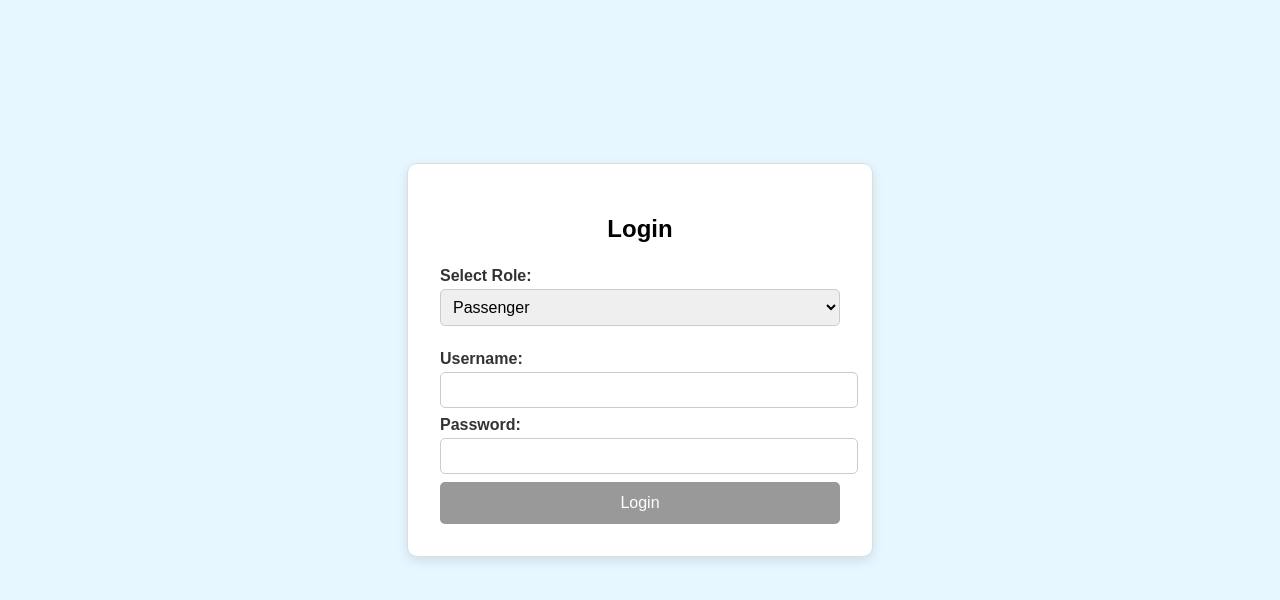
Repository: Shenes35/Booking-system
Page: / (app in frontend/)
These files come from the project's save history. The page is drawn as it stood at one moment and after the next save; the edit follows.
The browser window is 1280 px wide. The pictures show the whole page.
The project was rebuilt for these pictures with package versions that can differ from the ones it lists, and the page was loaded fresh each time. Also part of the build but not shown: frontend/src/components/ErrorBoundary.jsx.

Above is the page before, as saved 2025-05-19 20:05:26.

### frontend/src/index.js
import React from 'react';
import ReactDOM from 'react-dom/client';
import './index.css';
import App from './App.jsx';       // ONLY one import of App
import reportWebVitals from './reportWebVitals';

const root = ReactDOM.createRoot(document.getElementById('root'));
root.render(
  <React.StrictMode>
    <App />
  </React.StrictMode>
);

reportWebVitals();

### frontend/src/App.jsx
// App.jsx
import React, { Suspense } from 'react';
import { BrowserRouter as Router, Routes, Route, Navigate } from 'react-router-dom';

import { AuthProvider, AuthContext } from './context/AuthContext';
import { FlightsProvider } from './context/FlightsContext';

// Lazy load components for code splitting
const LoginPage = React.lazy(() => import('./components/LoginPage'));
const AdminDashboard = React.lazy(() => import('./components/AdminDashboard'));
const PassengerWindow = React.lazy(() => import('./components/PassengerWindow'));
const ErrorBoundary = React.lazy(() => import('./components/ErrorBoundary'));

// ProtectedRoute component for route guarding
const ProtectedRoute = ({ children, allowedRoles }) => {
  const { user } = React.useContext(AuthContext);

  if (!user || !allowedRoles.includes(user.role)) {
    // User not logged in or unauthorized role - redirect to login
    return <Navigate to="/" replace />;
  }

  // Authorized access
  return children;
};

const App = () => {
  return (
    <AuthProvider>
      <FlightsProvider>
        <Router>
          <Suspense fallback={<div>Loading...</div>}>
            <ErrorBoundary>
              <Routes>
                {/* Public Route */}
                <Route path="/" element={<LoginPage />} />

                {/* Protected Admin Route */}
                <Route
                  path="/admin"
                  element={
                    <ProtectedRoute allowedRoles={['admin']}>
                      <AdminDashboard />
                    </ProtectedRoute>
                  }
                />

                {/* Protected Passenger Route */}
                <Route
                  path="/passenger"
                  element={
                    <ProtectedRoute allowedRoles={['passenger']}>
                      <PassengerWindow />
                    </ProtectedRoute>
                  }
                />

                {/* Catch-all redirect */}
                <Route path="*" element={<Navigate to="/" replace />} />
              </Routes>
            </ErrorBoundary>
          </Suspense>
        </Router>
      </FlightsProvider>
    </AuthProvider>
  );
};

export default App;

### frontend/src/context/AuthContext.jsx
// context/AuthContext.jsx
import React, { createContext, useState, useEffect, useMemo } from 'react';

// Create the AuthContext
export const AuthContext = createContext();

export const AuthProvider = ({ children }) => {
  // Initialize user from localStorage or null
  const [user, setUser] = useState(() => {
    try {
      const savedUser = localStorage.getItem('user');
      return savedUser ? JSON.parse(savedUser) : null;
    } catch (error) {
      console.error("Failed to parse user from localStorage:", error);
      return null;
    }
  });

  // Update localStorage whenever user changes (except when user is null, remove item)
  useEffect(() => {
    if (user) {
      localStorage.setItem('user', JSON.stringify(user));
    } else {
      localStorage.removeItem('user');
    }
  }, [user]);

  // Login function sets user info (e.g., role and username)
  const login = (role, username) => {
    setUser({ role, username });
  };

  // Logout clears user info
  const logout = () => {
    setUser(null);
  };

  // Derived state for convenience
  const isAuthenticated = !!user;

  // Memoize the context value to avoid unnecessary re-renders
  const value = useMemo(() => ({
    user,
    isAuthenticated,
    login,
    logout,
  }), [user, isAuthenticated]);

  return (
    <AuthContext.Provider value={value}>
      {children}
    </AuthContext.Provider>
  );
};

### frontend/src/context/FlightsContext.jsx
import React, { createContext, useReducer, useEffect } from "react";

// Initial state loaded from localStorage or empty array if none
const initialState = JSON.parse(localStorage.getItem("flights")) || [];

// Reducer to manage flights state: add, clear, update, delete (example cases)
function flightsReducer(state, action) {
  switch (action.type) {
    case "ADD_FLIGHT":
      return [...state, action.payload];

    case "UPDATE_FLIGHT":
      return state.map(flight =>
        flight.id === action.payload.id ? action.payload : flight
      );

    case "DELETE_FLIGHT":
      return state.filter(flight => flight.id !== action.payload.id);

    case "CLEAR_FLIGHTS":
      return [];

    default:
      return state;
  }
}

// Create FlightsContext
export const FlightsContext = createContext();

// FlightsProvider component to wrap app parts needing flights state
export const FlightsProvider = ({ children }) => {
  const [flights, dispatch] = useReducer(flightsReducer, initialState);

  // Sync flights state to localStorage on every change
  useEffect(() => {
    localStorage.setItem("flights", JSON.stringify(flights));
  }, [flights]);

  return (
    <FlightsContext.Provider value={{ flights, dispatch }}>
      {children}
    </FlightsContext.Provider>
  );
};

### frontend/src/components/LoginPage.jsx
import React, { useState, useContext } from 'react';
import { AuthContext } from '../context/AuthContext';
import { useNavigate } from 'react-router-dom';

const LoginPage = () => {
  const { login } = useContext(AuthContext);
  const [role, setRole] = useState('passenger');
  const [username, setUsername] = useState('');
  const [password, setPassword] = useState('');
  const [errors, setErrors] = useState({});
  const navigate = useNavigate();

  const validate = () => {
    const newErrors = {};
    if (!username.trim()) newErrors.username = 'Username is required';
    if (!password.trim()) newErrors.password = 'Password is required';
    return newErrors;
  };

  const handleSubmit = (e) => {
    e.preventDefault();
    const validationErrors = validate();
    if (Object.keys(validationErrors).length > 0) {
      setErrors(validationErrors);
      return;
    }
    setErrors({});
    login(role, username);
    setPassword('');
    if (role === 'admin') navigate('/admin');
    else navigate('/passenger');
  };

  const pageStyle = {
    minHeight: '100vh',
    backgroundColor: '#e6f7ff', // light background
    display: 'flex',
    justifyContent: 'center',
    alignItems: 'center'
  };

  const containerStyle = {
    width: '100%',
    maxWidth: '400px',
    padding: '2rem',
    border: '1px solid #ddd',
    borderRadius: '10px',
    boxShadow: '0 4px 12px rgba(0, 0, 0, 0.1)',
    backgroundColor: '#fff',
    fontFamily: 'Arial, sans-serif'
  };

  const labelStyle = {
    fontWeight: 'bold',
    marginBottom: '0.25rem',
    display: 'block',
    color: '#333'
  };

  const inputStyle = {
    width: '100%',
    padding: '0.5rem',
    borderRadius: '5px',
    border: '1px solid #ccc',
    marginBottom: '0.5rem',
    fontSize: '1rem'
  };

  const errorStyle = {
    color: 'red',
    fontSize: '0.875rem',
    marginBottom: '0.5rem'
  };

  const buttonStyle = {
    width: '100%',
    padding: '0.75rem',
    backgroundColor: '#007bff',
    color: '#fff',
    border: 'none',
    borderRadius: '5px',
    fontSize: '1rem',
    cursor: 'pointer',
    transition: 'background-color 0.3s ease'
  };

  const disabledButtonStyle = {
    ...buttonStyle,
    backgroundColor: '#999',
    cursor: 'not-allowed'
  };

  return (
    <div style={pageStyle}>
      <main style={containerStyle}>
        <h2 style={{ textAlign: 'center', marginBottom: '1.5rem' }}>Login</h2>
        <form onSubmit={handleSubmit} noValidate>
          <div style={{ marginBottom: '1rem' }}>
            <label htmlFor="role-select" style={labelStyle}>Select Role:</label>
            <select
              id="role-select"
              value={role}
              onChange={e => setRole(e.target.value)}
              style={inputStyle}
              aria-label="Select user role"
            >
              <option value="admin">Admin</option>
              <option value="passenger">Passenger</option>
            </select>
          </div>

          <div>
            <label htmlFor="username" style={labelStyle}>Username:</label>
            <input
              id="username"
              name="username"
              type="text"
              value={username}
              onChange={e => setUsername(e.target.value)}
              autoComplete="username"
              style={inputStyle}
              aria-describedby="username-error"
            />
            {errors.username && <div id="username-error" style={errorStyle}>{errors.username}</div>}
          </div>

          <div>
            <label htmlFor="password" style={labelStyle}>Password:</label>
            <input
              id="password"
              name="password"
              type="password"
              value={password}
              onChange={e => setPassword(e.target.value)}
              autoComplete="current-password"
              style={inputStyle}
              aria-describedby="password-error"
            />
            {errors.password && <div id="password-error" style={errorStyle}>{errors.password}</div>}
          </div>

          <button
            type="submit"
            disabled={!username.trim() || !password.trim()}
            style={!username.trim() || !password.trim() ? disabledButtonStyle : buttonStyle}
          >
            Login
          </button>
        </form>
      </main>
    </div>
  );
};

export default LoginPage;

Loaded but not shown: frontend/public/index.html (common file); frontend/src/index.css (common file); frontend/src/reportWebVitals.js (common file)

After the next save:
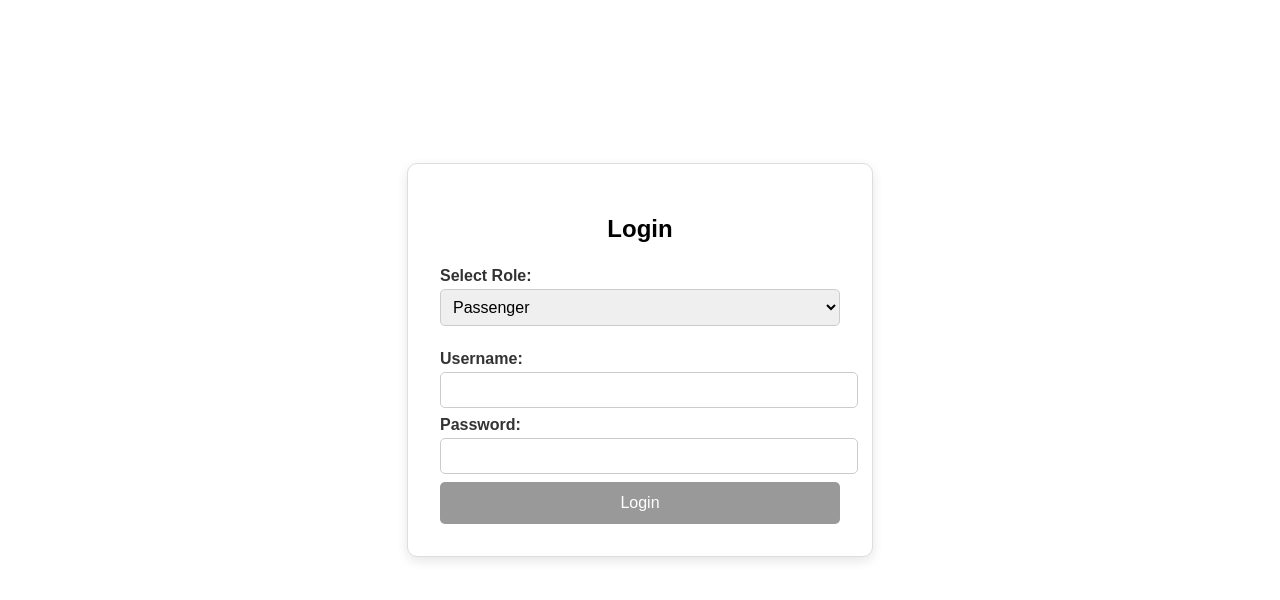
Saved 17 s later.
--- a/frontend/src/components/LoginPage.jsx
+++ b/frontend/src/components/LoginPage.jsx
@@ -33,7 +33,7 @@
 
   const pageStyle = {
     minHeight: '100vh',
-    backgroundColor: '#e6f7ff', // light background
+    backgroundColor: 'linear-gradient(to right, #74ebd5, #acb6e5)', // light background
     display: 'flex',
     justifyContent: 'center',
     alignItems: 'center'

After the 3 saves that followed:
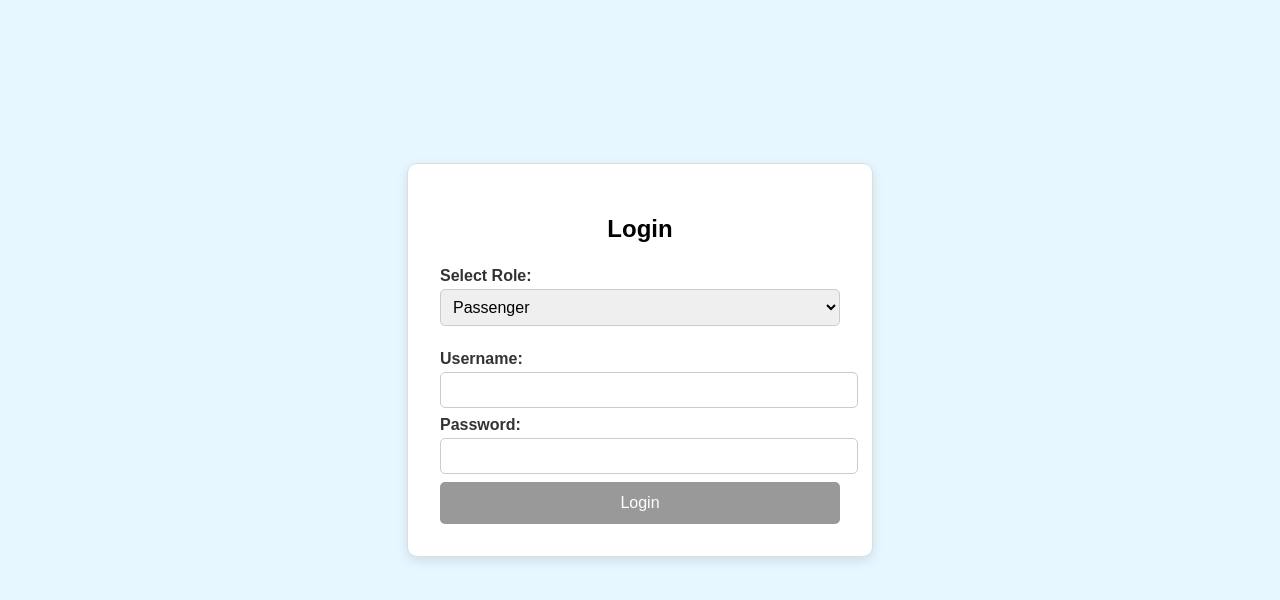
The 3 saves are shown as one change because 2 left the picture as it was.
The last was saved 52 s later.
--- a/frontend/src/components/LoginPage.jsx
+++ b/frontend/src/components/LoginPage.jsx
@@ -33,7 +33,7 @@
 
   const pageStyle = {
     minHeight: '100vh',
-    backgroundColor: 'linear-gradient(to right, #74ebd5, #acb6e5)', // light background
+    backgroundColor: '#e6f7ff', // light background
     display: 'flex',
     justifyContent: 'center',
     alignItems: 'center'
